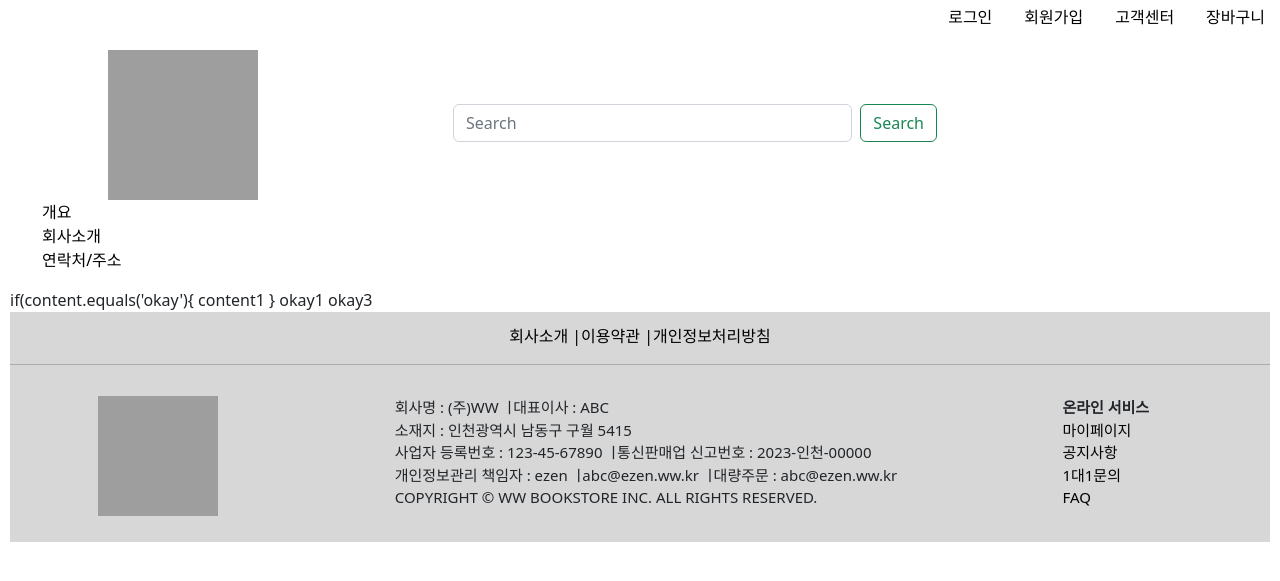
Repository: leehyeonung/project4
Page: http://localhost/book/WEB-INF/views/introduce.jsp
These files come from the project's save history. The page is drawn as it stood at one moment and after the next save; the edit follows.
The browser window is 1280 px wide. The pictures show the whole page.
Pictures or frames that could not be fetched are drawn as grey boxes. The page is served by Tomcat 9. Nobody is signed in. The template is opened directly, without the code that normally fills it, so the values that code supplies are empty.

Above is the page before, as saved 2023-01-07 03:47:59.

After the next save:
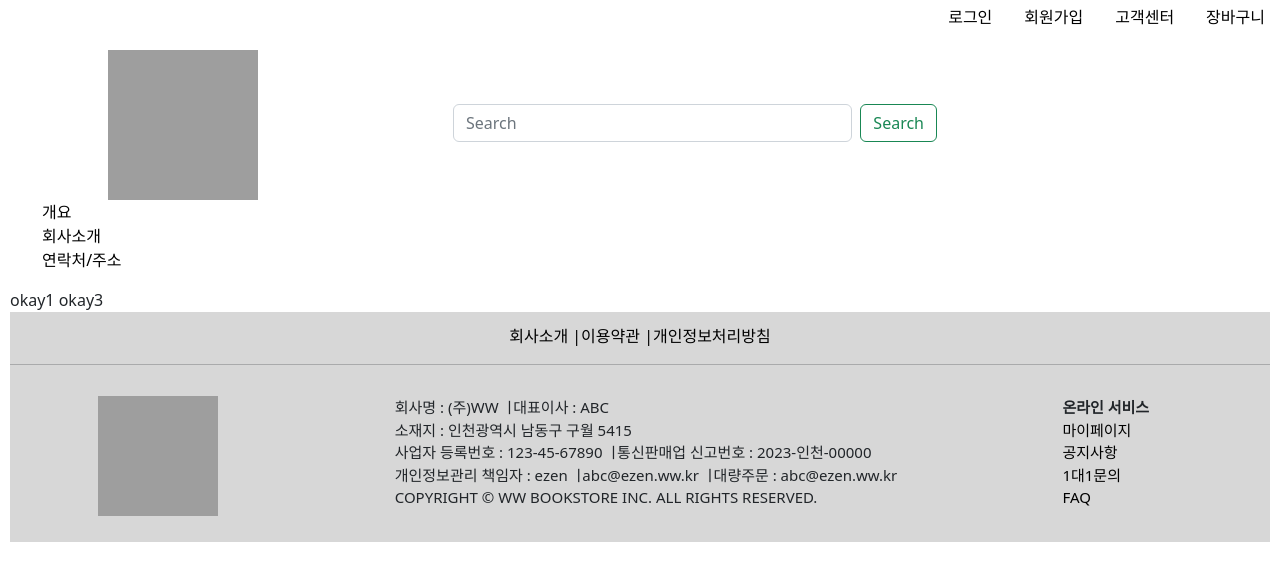
Saved 99 min 3 s later.
--- a/book/src/main/webapp/WEB-INF/views/introduce.jsp
+++ b/book/src/main/webapp/WEB-INF/views/introduce.jsp
@@ -19,11 +19,8 @@
 <c:forEach items="${content}" var="content">
 ${content}
 
-if(content.equals('okay'){
-content1
-}
 
-<c:choose>
+<c:hoose>
  <c:when test="${content eq	'okay1'}">
  	okay1
   </c:when>
